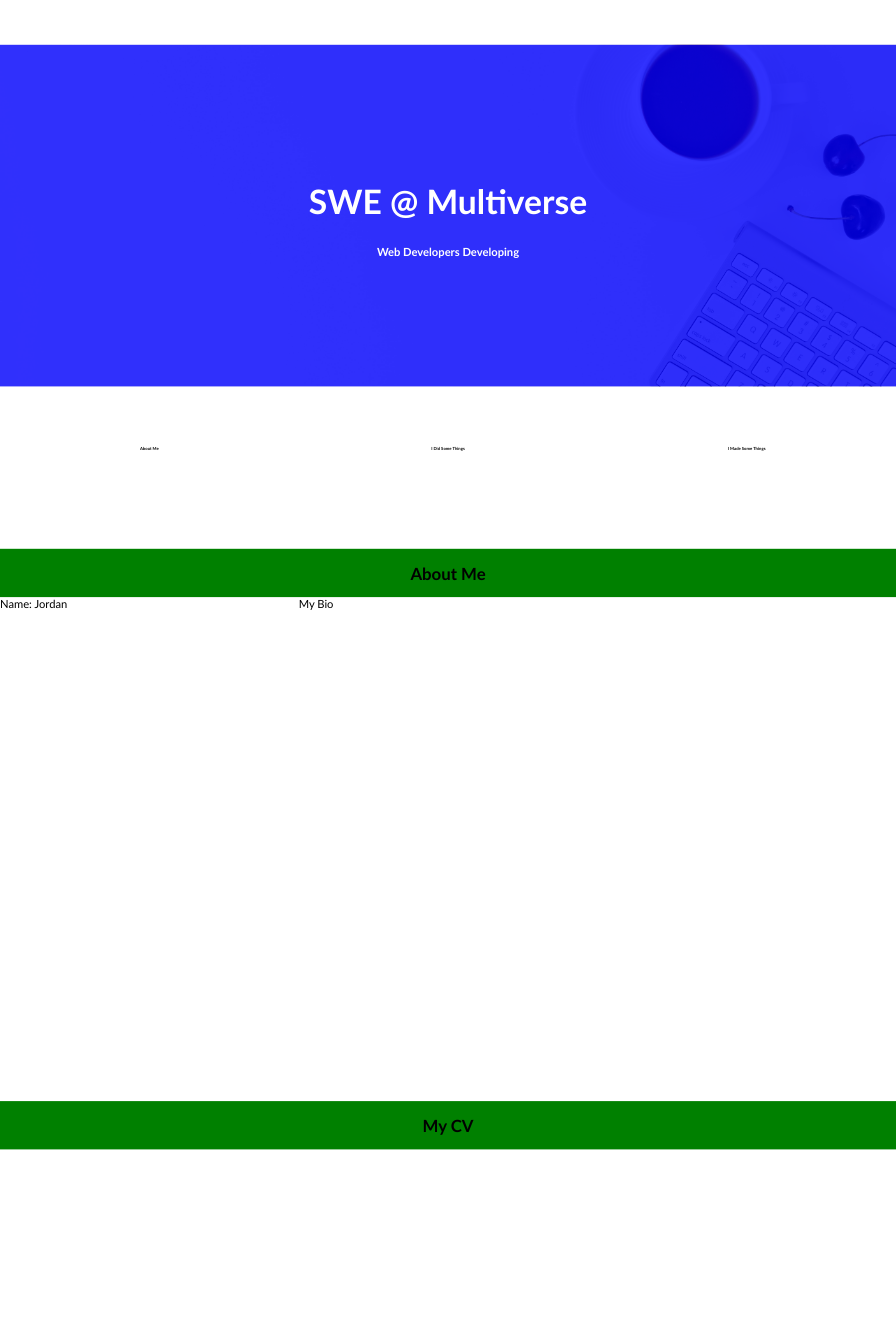
Repository: Scoofster/SWE-Flying-start-bio-website
Page: public/index.html
An editor plug-in stored every save of this project. The page is shown before and after the next save, followed by the edit.
The browser window is 1280 px wide. The pictures show the part of the page from y = 0 to 1920 px (the page is 3150 px tall), at 70% of full size.

Above is the page before, as saved 2022-06-16 14:20:07.

After the next save:
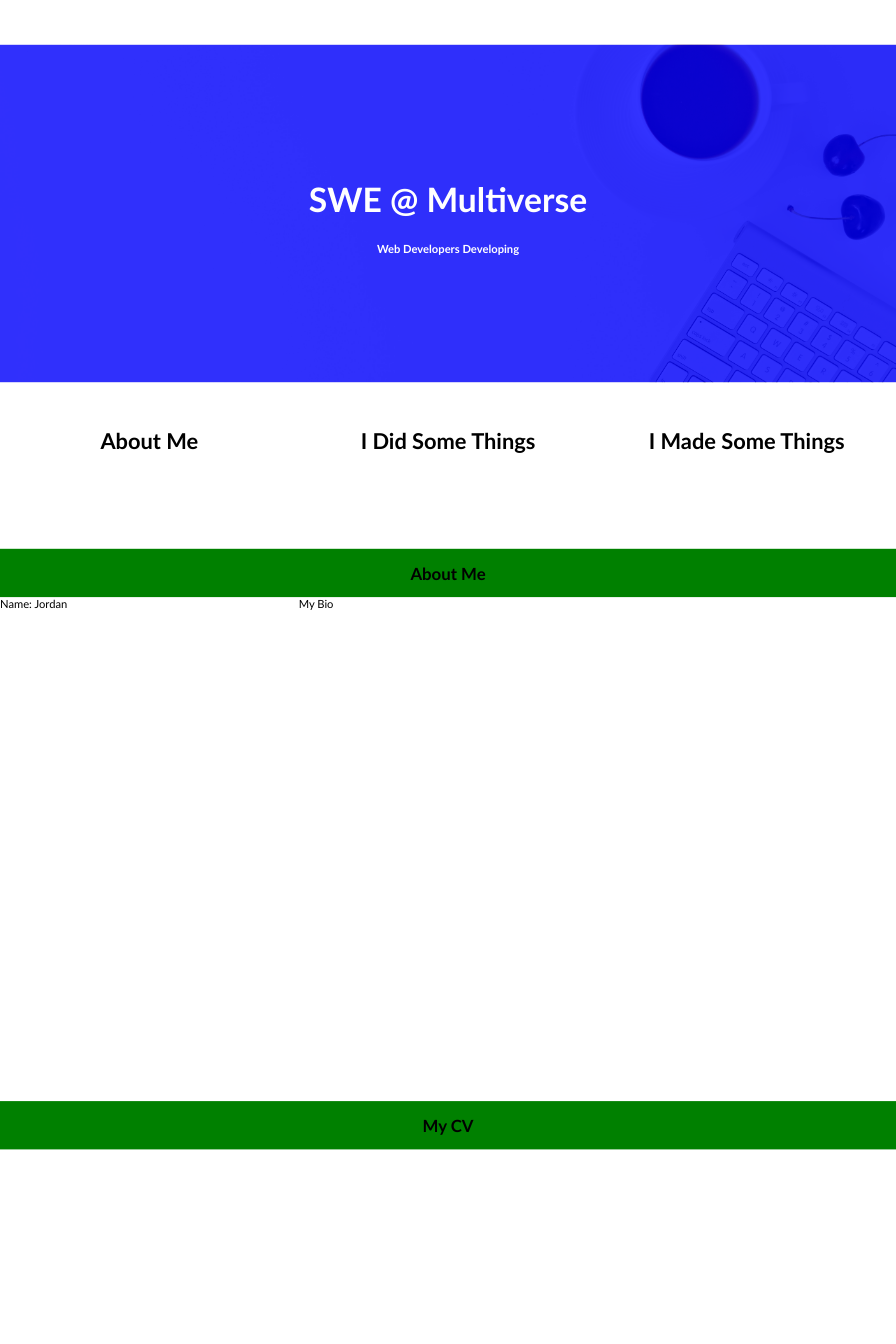
Saved 9 s later.
--- a/public/index.css
+++ b/public/index.css
@@ -55,7 +55,7 @@
 .nav-link a {
     color: black;
     text-decoration: none;
-    font-size: 10%;
+    font-size: 130%;
 }
   #personal-info {
     grid-area: 1/1/3/1
@@ -66,5 +66,4 @@
      display: flex;
      background-color: green;
      justify-content: center;
-     text-size: 200%;
   }
